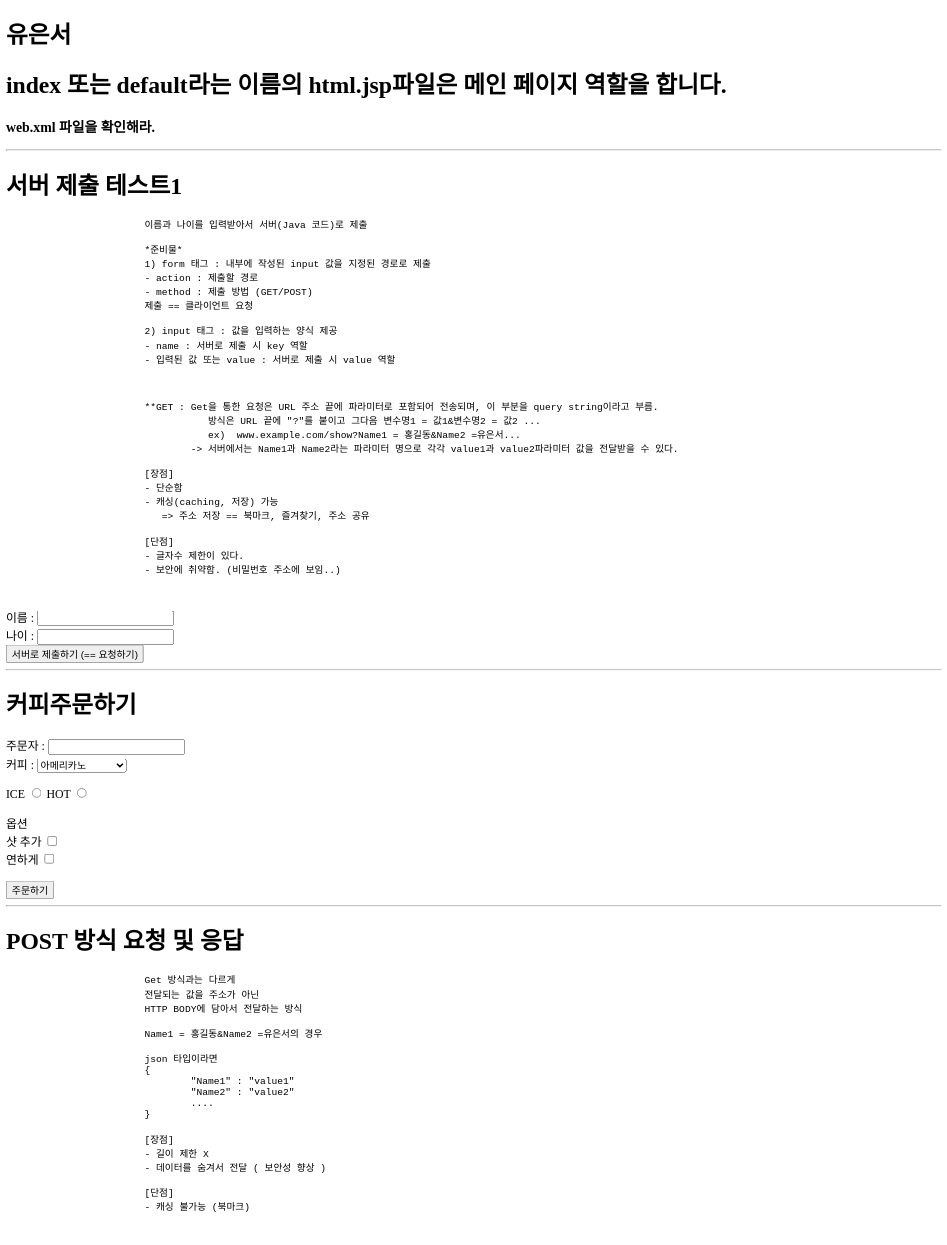
Repository: vegayes/06_Server
Page: ServletProject/src/main/webapp/index.html
An editor plug-in stored every save of this project. The page is shown before and after the next save, followed by the edit.
The browser window is 1280 px wide. The pictures show the whole page, at 74% of full size.

Above is the page before, as saved 2023-09-15 03:05:13.

After the next save:
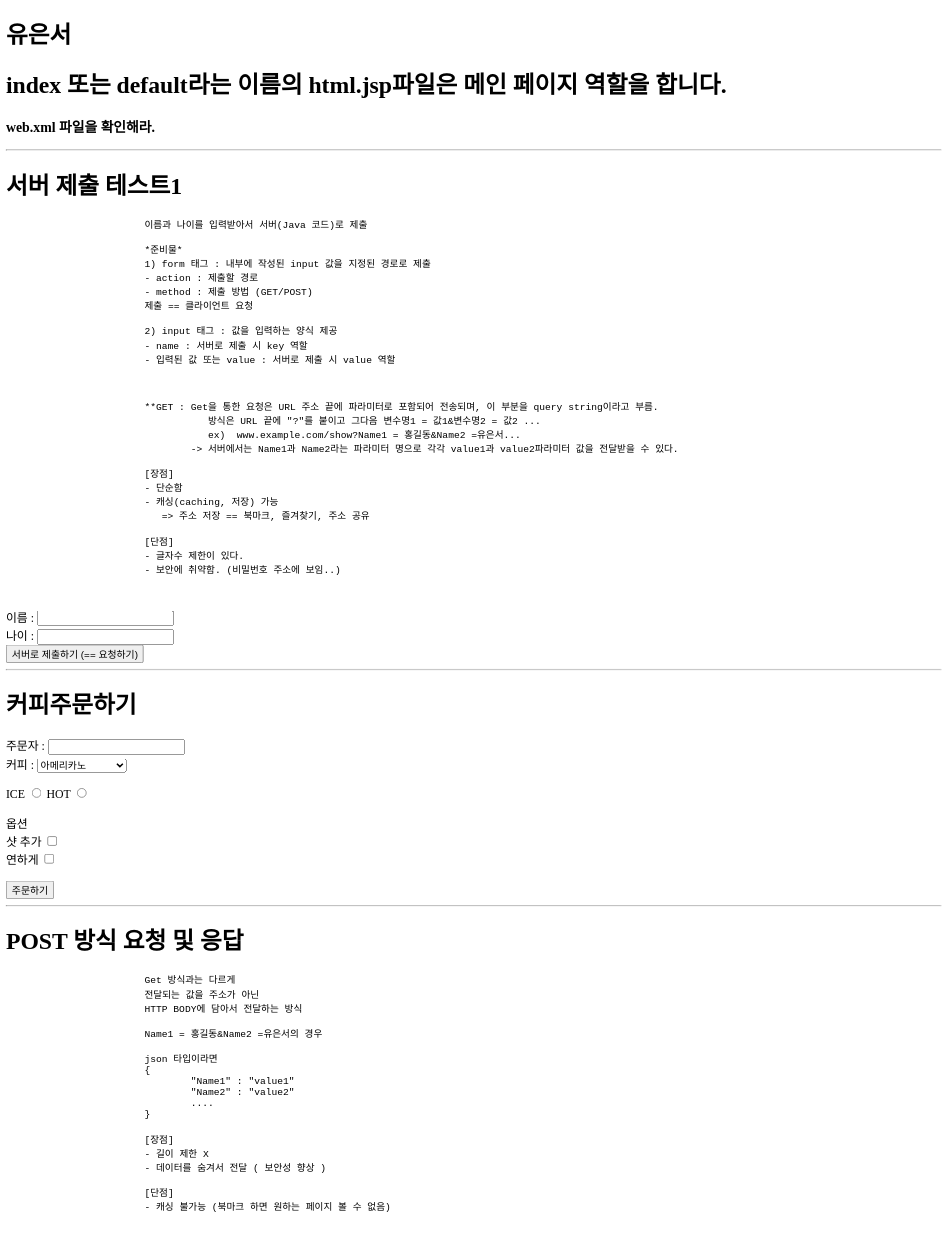
Saved 6 s later.
--- a/ServletProject/src/main/webapp/index.html
+++ b/ServletProject/src/main/webapp/index.html
@@ -107,7 +107,7 @@
 			- 데이터를 숨겨서 전달 ( 보안성 향상 )
 
 			[단점]
-			- 캐싱 불가능 (북마크)
+			- 캐싱 불가능 (북마크 하면 원하는 페이지 볼 수 없음)
 
 		</pre>
 
